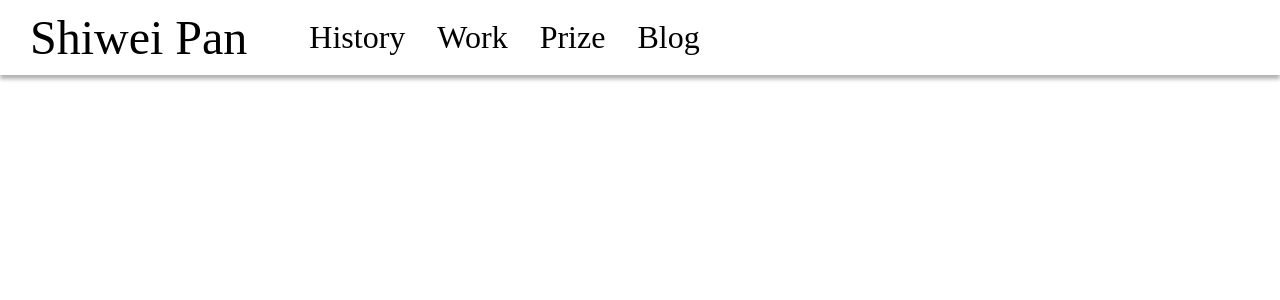
Repository: erikpsw/web
Page: new/psw.html
An editor plug-in stored every save of this project. The page is shown before and after the next save, followed by the edit.
The browser window is 1280 px wide. The pictures show the whole page.

Above is the page before, as saved 2022-06-16 19:55:24.

### new/psw.html
<!DOCTYPE html>
<html>
<head>
<meta charset="utf-8">
<title>Shiwei Pan</title>
<link rel="stylesheet" type="text/css" href="styles.css">
</head>
<body class="body">
<nav id="start_box">
    <a class="nav" id="title" href="">Shiwei Pan</a>
    <a class="nav" href="" >History</a>
    <a class="nav" href="">Work</a>
    <a class="nav" href="">Prize</a>
    <a class="nav" id="myblog" href="" >Blog</a>
</nav>
<p></p>
</body>
</html>

### new/styles.css
#start_box
{
    background-color: whit;
    display:flex;
    box-shadow: 0 0.25rem 0.25rem 0 rgb(0 0 0 / 31%);
}

#title{
    text-decoration: none;
    font-family:"Times New Roman",Georgia,Serif;
    font-style:inherit;
    padding:10px 30px 10px;
    color:black;
    font-size: 3em;
}

.nav{
    text-decoration: none;
    font-family:"Times New Roman",Georgia,Serif;
    padding-left:1em;
    color:black;
    display: inline-flex;
    align-items: center;
    font-size: 2em;
}

.body{
    margin: 0%;
}

#myblog{
    text-align:right
}

After the next save:
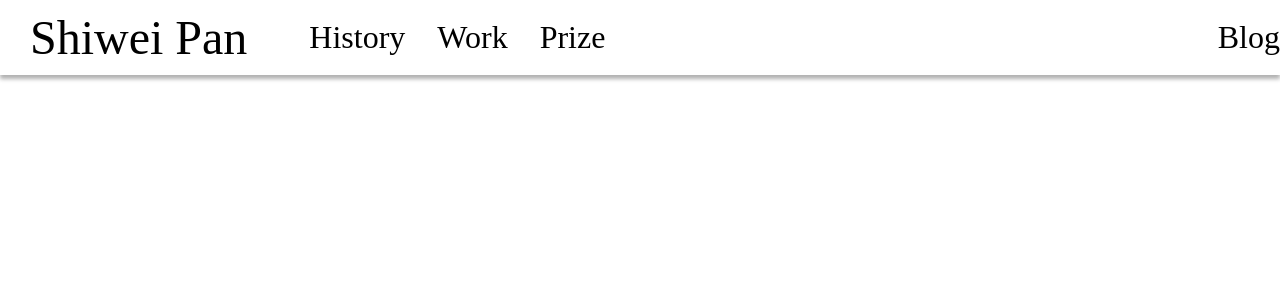
Saved 49 s later.
--- a/new/styles.css
+++ b/new/styles.css
@@ -29,5 +29,5 @@
 }
 
 #myblog{
-    text-align:right
+    margin-left: auto;
 }
